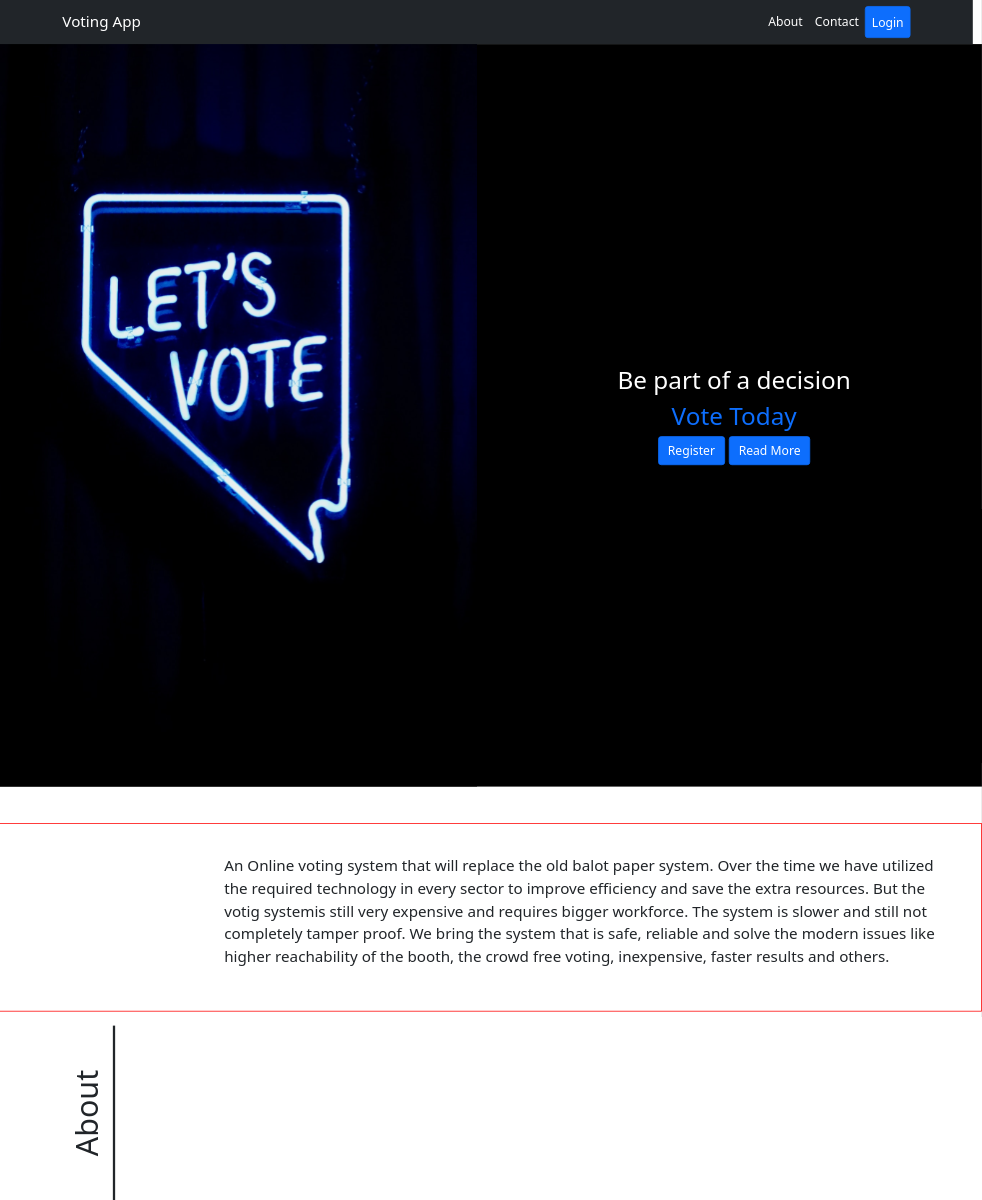
Repository: DavidManiIbrahim/Voting-app
Page: index.html
These files come from the project's save history. The page is drawn as it stood at one moment and after a run of saves; the edit follows.
The browser window is 1280 px wide. The page is 1292 px wide, so the pictures cover 1292 px, including what lies to the right of the window. The pictures show the whole page, at 76% of full size.

Above is the page before, as saved 2025-01-18 04:31:44.

### index.html
<!DOCTYPE html>
<html lang="en">
<head>
    <meta charset="UTF-8">
    <meta name="viewport" content="width=device-width, initial-scale=1.0">
    <title>Voting app</title>
    <link rel="stylesheet" href="./bootstrap.css">
    <link rel="stylesheet" href="./styles.css">
</head>
<body>

<!-- NavBar -->

    <nav class="navbar navbar-expand-lg bg-dark text-white ">
        <div class="container">
            <a href="#" class="navbar-brand text-white ">Voting App</a>


            <button class="navbar-toggler" data-bs-target="#navmenu" data-bs-toggle="collapse">
                <span class="navbar-toggler-icon bg-primary"></span>
            </button>
            <div class="collapse navbar-collapse " id="navmenu">
                <ul class="navbar-nav ms-auto text-center">
                    <li class="nav-link text-white">About</li>
                    <li class="nav-link text-white">Contact</li>
                    <a class="nav-link btn btn-primary text-white">Login</a>
                </ul>
            </div>
</div>
    </nav>

<!-- Hero Section -->

<div class="row h-100 curtain">
    <div class="col-md ">
        <img src="./unsplash_LA1VawaCjjI.svg" class="img-fluid" alt="" class="img-fluid">
    </div>
    <div class="col-md m-auto" >
        <div class="container-fluid text-center lead m-auto text-white" id="content">
            <h2>Be part of a decision</h2>
            <h2 class="text-primary">Vote Today</h2>
            <div class="">
                <button class="btn btn-primary">Register</button>
                <button class="btn btn-primary">Read More</button>
            </div>
        </div>
    </div>
</div>

<!-- About Section -->

<div class="row mt-5 about">
    <div class="col-md text-center">
        <!-- <div class="rotate"> -->
            <h1 class="rotate ">About</h1>
        <!-- </div> -->
    </div>
    <div class="col-md text ">
        <p class="lead wrap">An Online voting system that will replace the old balot
           paper system. Over the time we have utilized the required
           technology in every sector to improve efficiency and save the
           extra resources. But the votig systemis still very
           expensive and requires bigger workforce. The system is slower
           and still not completely tamper proof. We bring the system that
           is safe, reliable and solve the modern issues like higher
           reachability of the booth, the crowd free voting, inexpensive,
           faster results and others.
        </p>
        <!-- <p class="wrap">Lorem ipsum dolor sit amet consectetur adipisicing elit. Doloribus asperiores quaerat quam blanditiis et error quia dolore temporibus accusantium adipisci deleniti, corrupti distinctio sapiente explicabo tempora atque perspiciatis obcaecati molestiae?</p> -->
        <!-- <p class="wrap">Lorem ipsum dolor sit amet consectetur adipisicing elit. Doloribus asperiores quaerat quam blanditiis et error quia dolore temporibus accusantium adipisci deleniti, corrupti distinctio sapiente explicabo tempora atque perspiciatis obcaecati molestiae?</p> -->
        <!-- <p class="wrap">Lorem ipsum dolor sit amet consectetur adipisicing elit. Doloribus asperiores quaerat quam blanditiis et error quia dolore temporibus accusantium adipisci deleniti, corrupti distinctio sapiente explicabo tempora atque perspiciatis obcaecati molestiae?</p> -->
        <!-- <p class="wrap">Lorem ipsum dolor sit amet consectetur adipisicing elit. Doloribus asperiores quaerat quam blanditiis et error quia dolore temporibus accusantium adipisci deleniti, corrupti distinctio sapiente explicabo tempora atque perspiciatis obcaecati molestiae?</p> -->
    </div>
</div>
<!--  -->





    <script src="./bootstrap.min.js"></script>
</body>
</html>

### styles.css
.lead,#content{
    /* height:50vh; */
    /* border:1px solid; */
    padding: 50px;
}

.curtain{
    background-color: #000;
}

.rotate{
    border-bottom:3px solid;
    rotate: 270deg;
    /* width:40vw; */
    /* height:50%; */
    padding:10px;
    position: relative;
    top: 140%;
    /* text-align: center; */
}

.about{
    border:1px solid red;
    position:relative;
}
.wrap{
    width:80vw;
    padding: 40px;
    /* border:1px solid; */
}

Loaded but not shown: bootstrap.css (library); bootstrap.min.js (library)

After the next 2 saves:
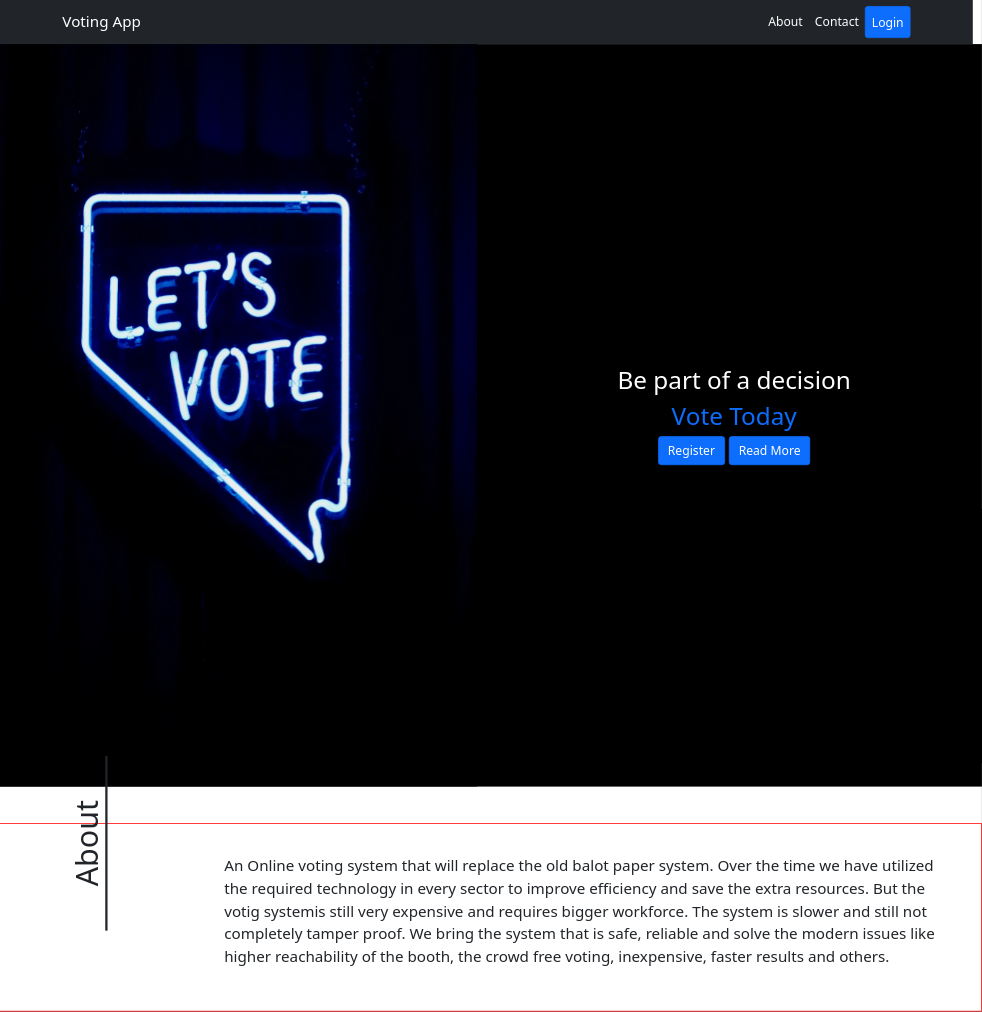
The 2 saves are shown as one change because they came seconds apart.
The last was saved 10 s later.
--- a/styles.css
+++ b/styles.css
@@ -13,9 +13,9 @@
     rotate: 270deg;
     /* width:40vw; */
     /* height:50%; */
-    padding:10px;
+    /* padding:10px; */
     position: relative;
-    top: 140%;
+    /* top: 140%; */
     /* text-align: center; */
 }
 
